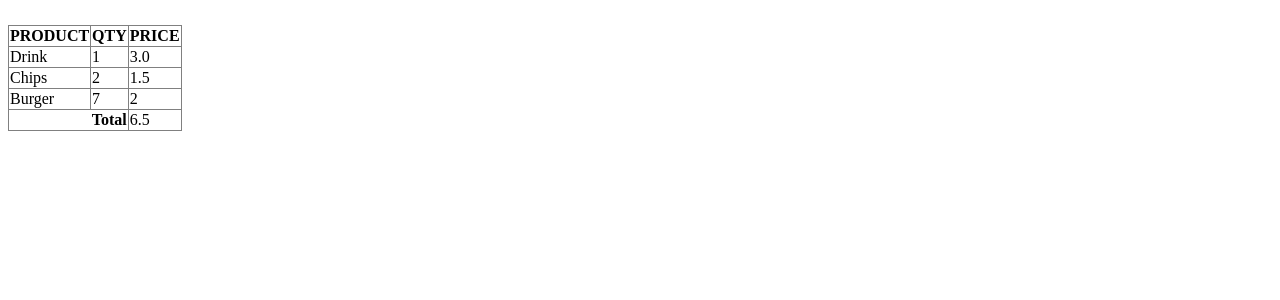
Repository: linas-dev/HTML-CSS-Projects
Page: Basic_HTML_and_CSS/HTML_Table.html
These files come from the project's save history. The page is drawn as it stood at one moment and after the next save; the edit follows.
The browser window is 1280 px wide. The pictures show the whole page.

Above is the page before, as saved 2021-05-30 10:12:33.

After the next save:
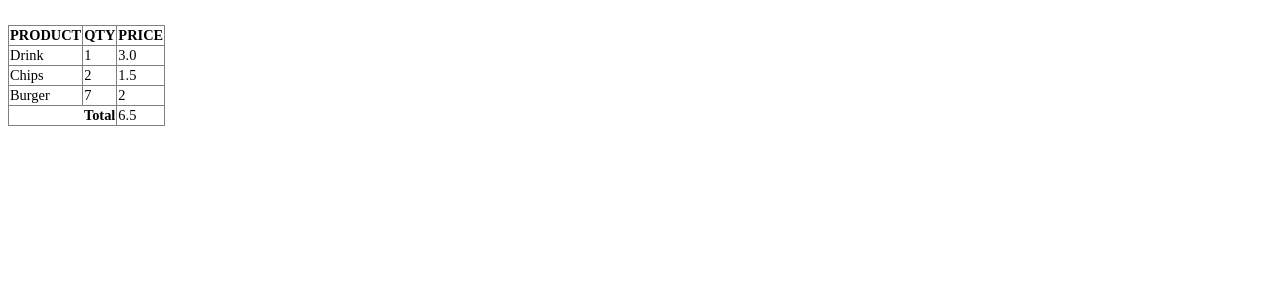
Saved 24 s later.
--- a/Basic_HTML_and_CSS/Basic_CSS_2.css
+++ b/Basic_HTML_and_CSS/Basic_CSS_2.css
@@ -8,4 +8,5 @@ p {
 .table {
     border-collapse: collapse;
     margin: 25px 0;
+    font-size: 0.9em;
 }
